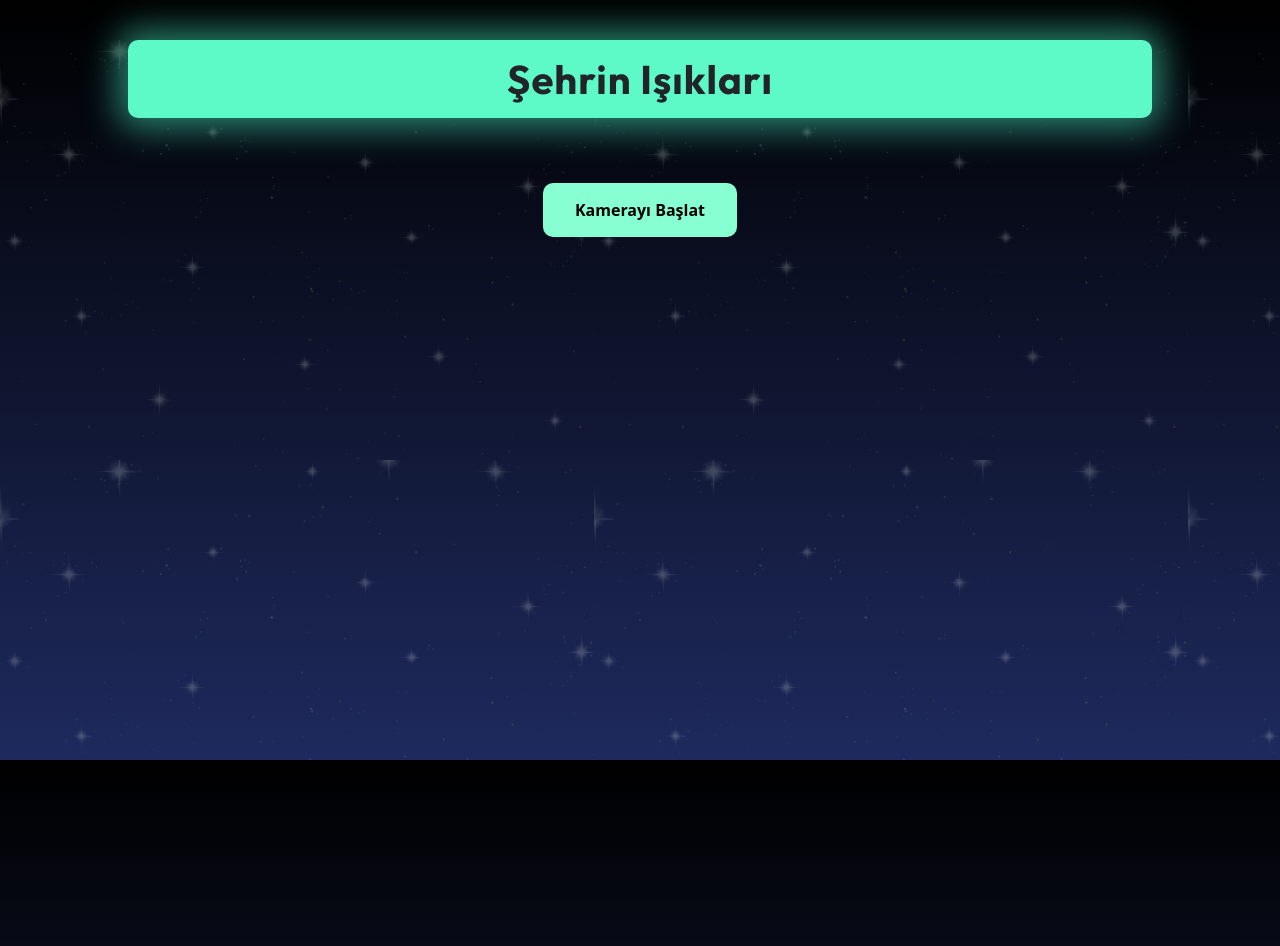
Repository: BiranOrundas/CameraQR
Page: index.html
The author's editor kept a copy of each file at every save. The page is drawn from the files as they stood at one save, then again after the next save.
The browser window is 1280 px wide. The pictures show the whole page.

Above is the page before, as saved 2024-08-29 15:44:25.

After the next save:
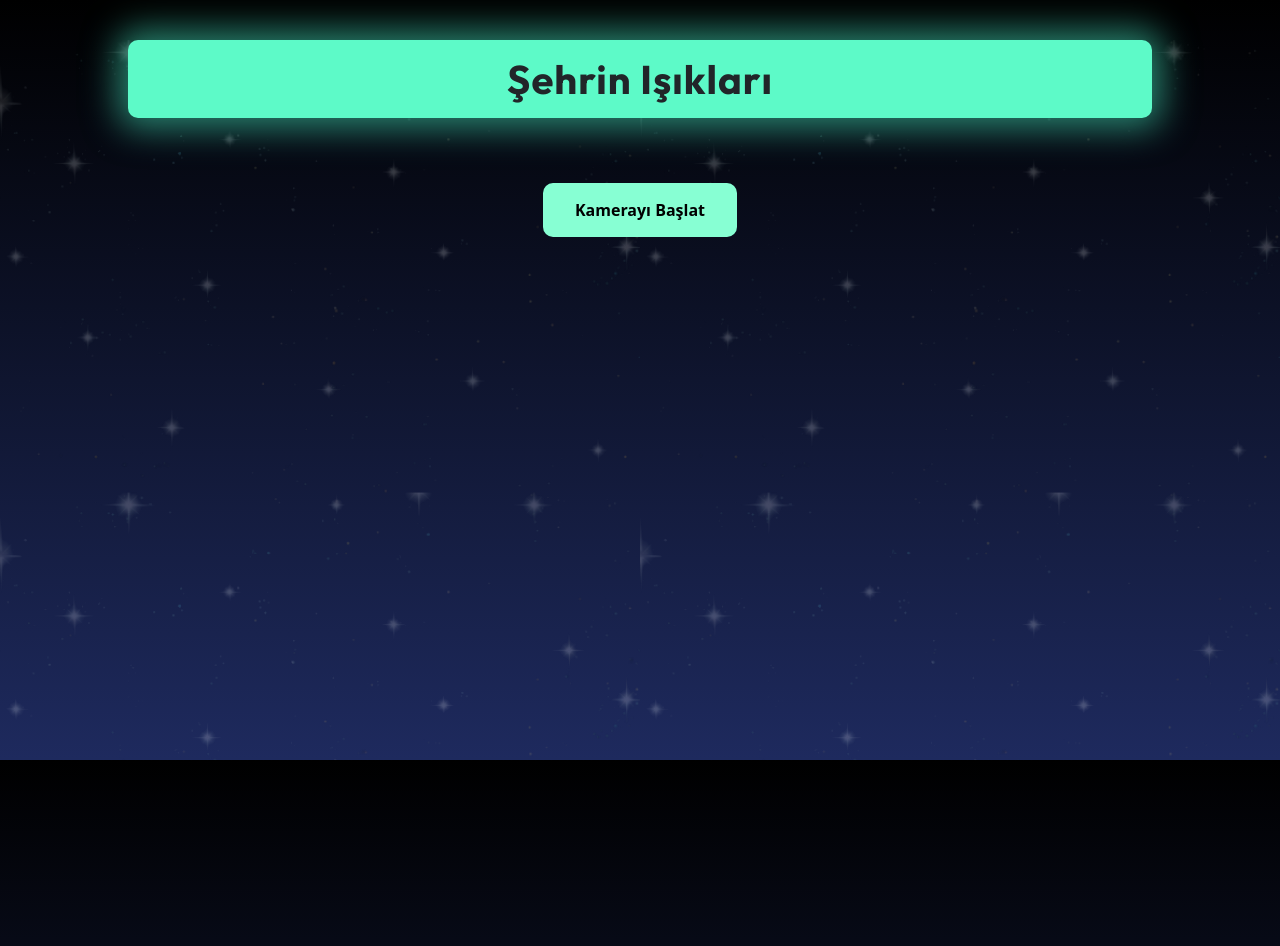
Saved 16 s later.
--- a/style.css
+++ b/style.css
@@ -19,6 +19,7 @@
   z-index: -1;
   opacity: 0.2;
   background-repeat: repeat;
+  background-size: 50%;
 }
 
 body{
